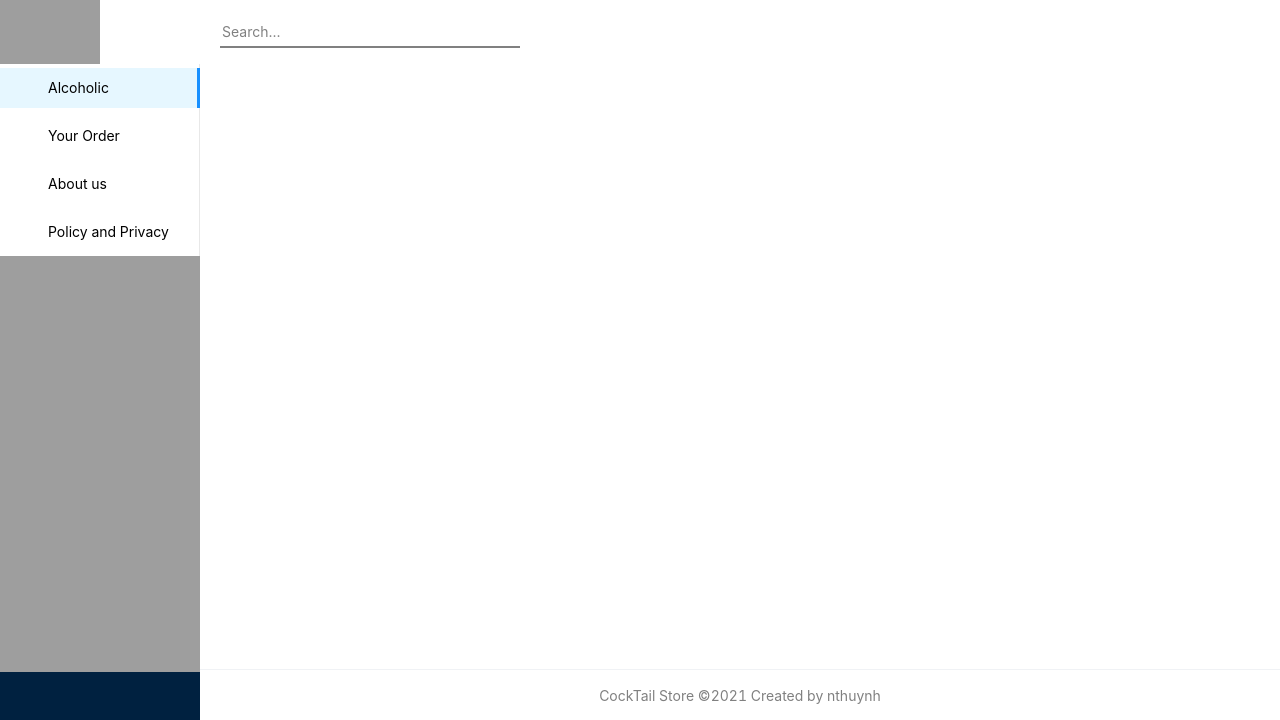
Repository: huynhnt1406/cocktail
Page: /
These files come from the project's save history. The page is drawn as it stood at one moment and after the next save; the edit follows.
The browser window is 1280 px wide. The pictures show the whole page.
Pictures or frames that could not be fetched are drawn as grey boxes. The page's requests for data from a server got no answer. The project was rebuilt for these pictures with package versions that can differ from the ones it lists, and the page was loaded fresh each time. No one was signed in, and anything a server would have sent is missing. Also part of the build but not shown: src/components/DetailPage.vue, src/components/Order.vue, src/components/AboutUs.vue, src/components/PolicyandPrivacy.vue.

Above is the page before, as saved 2021-05-08 01:22:40.

After the next save:
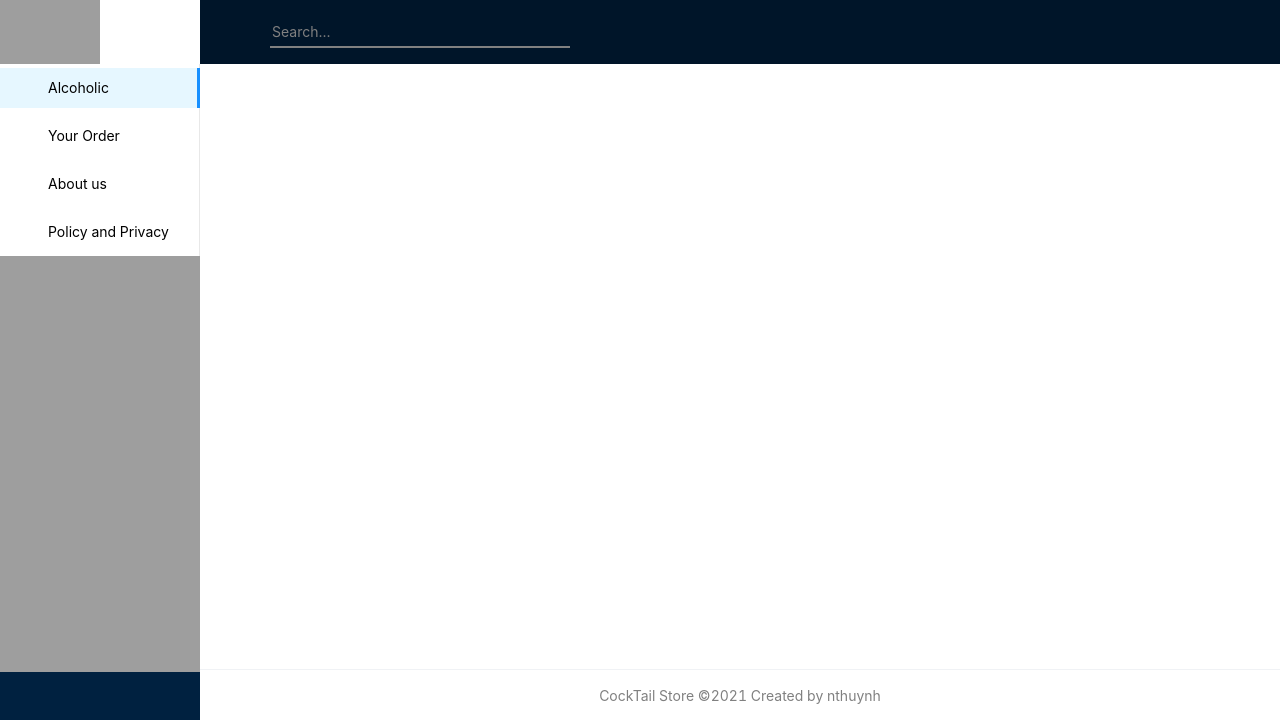
Saved 38 s later.
--- a/src/App.vue
+++ b/src/App.vue
@@ -23,7 +23,7 @@
       <img style="height:62% ; width:100%" src="https://www.gobourbon.com/wp-content/uploads/2019/03/EFCCF7C6-0A6F-4658-83B6-877007B0A1AC-751x1024.jpeg" alt="">
     </a-layout-sider>
     <a-layout>
-      <a-layout-header style="background: #fff; padding: 0" >
+      <a-layout-header :style="{borderBottom:'2px'}" >
         <SearchBar/>
       </a-layout-header>
       <a-layout-content>

After the 2 saves that followed:
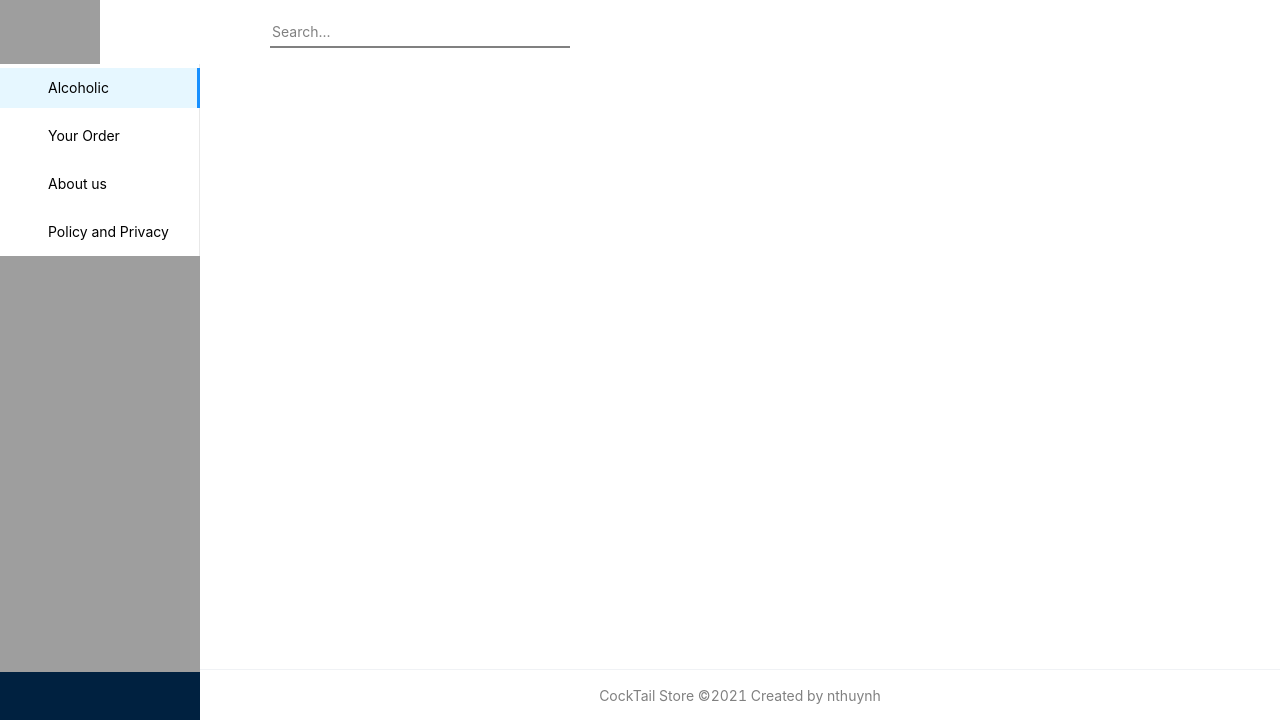
The 2 saves are shown as one change because 1 left the picture as it was.
The last was saved 27 s later.
--- a/src/App.vue
+++ b/src/App.vue
@@ -23,7 +23,7 @@
       <img style="height:62% ; width:100%" src="https://www.gobourbon.com/wp-content/uploads/2019/03/EFCCF7C6-0A6F-4658-83B6-877007B0A1AC-751x1024.jpeg" alt="">
     </a-layout-sider>
     <a-layout>
-      <a-layout-header :style="{borderBottom:'2px'}" >
+      <a-layout-header style="background: #fff; border-top: 0" >
         <SearchBar/>
       </a-layout-header>
       <a-layout-content>
